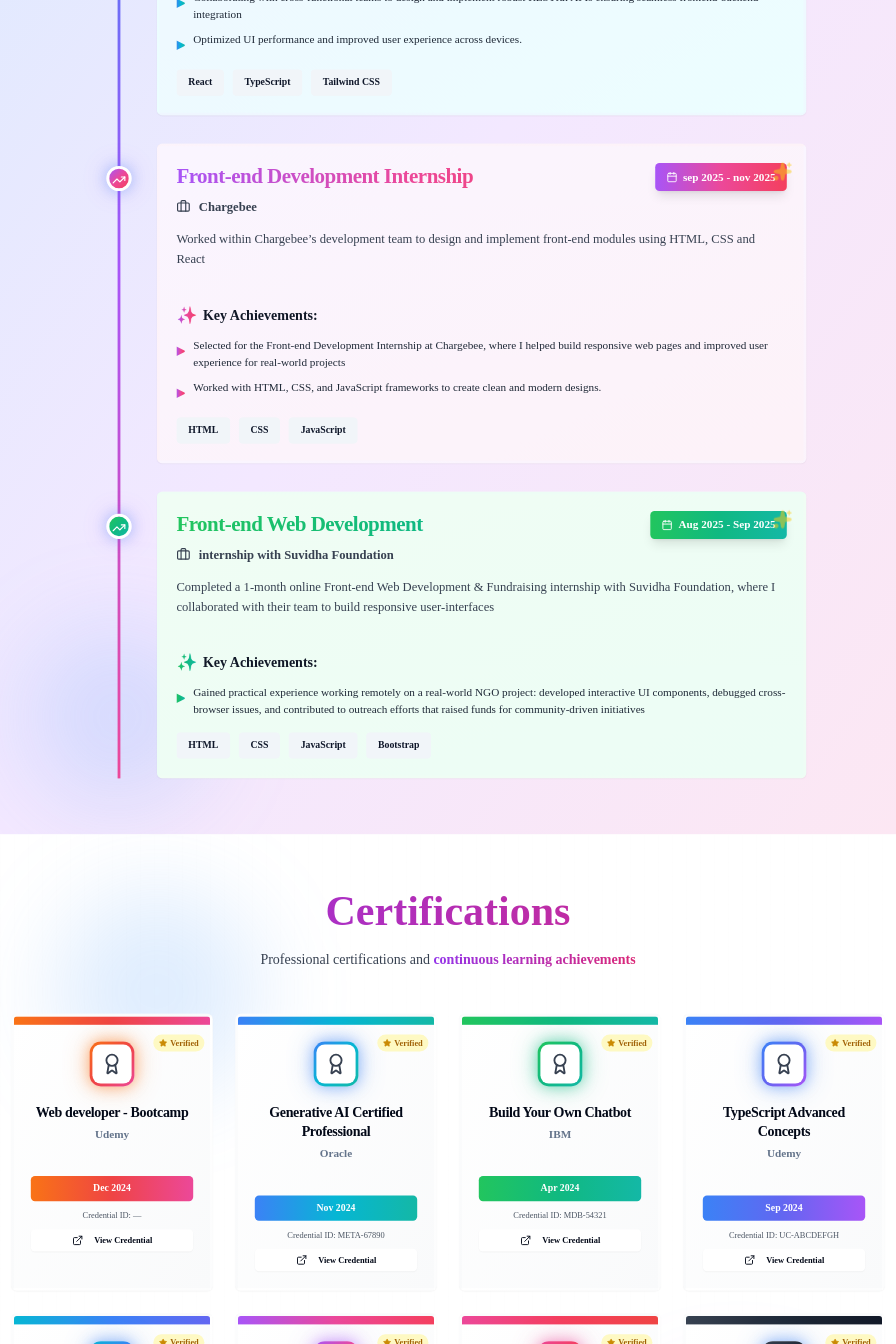
Repository: sm6746/PORTFOLIO
Page: /
An editor plug-in stored every save of this project. The page is shown before and after the next save, followed by the edit.
The browser window is 1280 px wide. The pictures show the part of the page from y = 4580 to 6500 px (the page is 8260 px tall before and 8180 px after), at 70% of full size.
The project was rebuilt for these pictures with package versions that can differ from the ones it lists, and the page was loaded fresh each time. Also part of the build but not shown: vite.config.ts.

Above is the page before, as saved 2025-11-07 12:51:23.

### index.html
<!DOCTYPE html>
<html lang="en">
  <head>
    <meta charset="UTF-8" />
    <link rel="icon" type="image/svg+xml" href="/favicon.svg" />
    <meta name="viewport" content="width=device-width, initial-scale=1.0" />
    <title>Portfolio</title>
  </head>
  <body>
    <div id="root"></div>
    <script type="module" src="/app/main.tsx"></script>
  </body>
</html>

### app/main.tsx
import React from 'react'
import ReactDOM from 'react-dom/client'
import App from './app'
import './globals.css'

ReactDOM.createRoot(document.getElementById('root')!).render(
  <React.StrictMode>
    <App />
  </React.StrictMode>,
)

### app/app.tsx
import { ThemeProvider } from '@/lib/theme-context';
import { Header } from '@/components/header';
import { HeroSection } from '@/components/hero-section';
import { AboutSection } from '@/components/about-section';
import { SkillsSection } from '@/components/skills-section';
import { ProjectsSection } from '@/components/projects-section';
import { ExperienceSection } from '@/components/experience-section';
import { CertificationsSection } from '@/components/certifications-section';
import { ContactSection } from '@/components/contact-section';
import { Footer } from '@/components/footer';
import { ScrollToTop } from '@/components/scroll-to-top';

function App() {
  return (
    <ThemeProvider>
      <div className="min-h-screen bg-white dark:bg-gray-900 transition-colors duration-300">
        <Header />
        <main>
          <HeroSection />
          <AboutSection />
          <SkillsSection />
          <ProjectsSection />
          <ExperienceSection />
          <CertificationsSection />
          <ContactSection />
        </main>
        <Footer />
        <ScrollToTop />
      </div>
    </ThemeProvider>
  );
}

export default App;

### lib/theme-context.tsx
import React, { createContext, useContext, useEffect, useState } from 'react';

type Theme = 'light' | 'dark';

type ThemeContextType = {
  theme: Theme;
  toggleTheme: () => void;
};

const ThemeContext = createContext<ThemeContextType | undefined>(undefined);

export function ThemeProvider({ children }: { children: React.ReactNode }) {
  const [theme, setTheme] = useState<Theme>(() => {
    const stored = localStorage.getItem('portfolio-theme');
    return (stored as Theme) || 'light';
  });

  useEffect(() => {
    localStorage.setItem('portfolio-theme', theme);
    document.documentElement.classList.toggle('dark', theme === 'dark');
  }, [theme]);

  const toggleTheme = () => {
    setTheme(prev => (prev === 'light' ? 'dark' : 'light'));
  };

  return (
    <ThemeContext.Provider value={{ theme, toggleTheme }}>
      {children}
    </ThemeContext.Provider>
  );
}

export function useTheme() {
  const context = useContext(ThemeContext);
  if (!context) {
    throw new Error('useTheme must be used within ThemeProvider');
  }
  return context;
}

### components/certifications-section.tsx
import { Card, CardContent, CardHeader, CardTitle, CardDescription } from '@/components/ui/card';
import { Badge } from '@/components/ui/badge';
import { Button } from '@/components/ui/button';
import { Award, ExternalLink, Star } from 'lucide-react';
import { useScrollAnimation } from '@/hooks/use-scroll-animation';

export function CertificationsSection() {
  const { ref, isVisible } = useScrollAnimation();

  const certifications = [
    {
      title: 'Web developer - Bootcamp ',
      issuer: 'Udemy ',
      date: 'Dec 2024',
      /*credentialId: 'AWS-12345',*/
      gradient: 'from-orange-500 via-red-500 to-pink-500',
      glowClass: 'glow-orange',
    },
    {
      title: 'Generative AI Certified Professional ',
      issuer: 'Oracle',
      date: 'Nov 2024',
      credentialId: 'META-67890',
      gradient: 'from-blue-500 via-cyan-500 to-teal-500',
      glowClass: 'glow-blue',
    },
    {
      title: 'Build Your Own Chatbot',

      issuer: 'IBM',
      date: 'Apr 2024',
      credentialId: 'MDB-54321',
      gradient: 'from-green-500 via-emerald-500 to-teal-500',
      glowClass: 'glow-green',
    },
    {
      title: 'TypeScript Advanced Concepts',
      issuer: 'Udemy',
      date: 'Sep 2024',
      credentialId: 'UC-ABCDEFGH',
      gradient: 'from-blue-500 via-indigo-500 to-purple-500',
      glowClass: 'glow-blue',
    },
    {
      title: 'Docker & Kubernetes',
      issuer: 'Linux Foundation',
      date: 'Aug 2024',
      credentialId: 'LF-98765',
      gradient: 'from-cyan-500 via-blue-500 to-indigo-500',
      glowClass: 'glow-blue',
    },
    {
      title: 'Full Stack Web Development',
      issuer: 'Coursera',
      date: 'Jul 2024',
      credentialId: 'COURSERA-123456',
      gradient: 'from-purple-500 via-pink-500 to-rose-500',
      glowClass: 'glow-purple',
    },
    {
      title: 'GraphQL Fundamentals',
      issuer: 'Apollo',
      date: 'Jun 2024',
      credentialId: 'APOLLO-11223',
      gradient: 'from-pink-500 via-rose-500 to-red-500',
      glowClass: 'glow-pink',
    },
    {
      title: 'Git & GitHub Mastery',
      issuer: 'GitHub Learning Lab',
      date: 'May 2024',
      credentialId: 'GH-44556',
      gradient: 'from-gray-700 via-gray-800 to-gray-900',
      glowClass: 'glow-blue',
    },
  ];

  return (
    <section
      id="certifications"
      ref={ref as React.RefObject<HTMLElement>}
      className="py-20 bg-white dark:bg-gray-900 relative overflow-hidden"
    >
      <div className="absolute inset-0 bg-grid-pattern opacity-5"></div>
      <div className="absolute top-20 left-20 w-72 h-72 bg-blue-400/20 rounded-full blur-3xl"></div>
      <div className="absolute bottom-20 right-20 w-72 h-72 bg-purple-400/20 rounded-full blur-3xl"></div>

      <div className="container mx-auto px-4 relative z-10">
        <div
          className={`transition-all duration-1000 ${
            isVisible ? 'opacity-100 translate-y-0' : 'opacity-0 translate-y-10'
          }`}
        >
          <h2 className="text-5xl md:text-6xl font-extrabold text-center mb-6 bg-gradient-to-r from-blue-600 via-purple-600 to-pink-600 dark:from-blue-400 dark:via-purple-400 dark:to-pink-400 bg-clip-text text-transparent animate-gradient">
            Certifications
          </h2>
          <p className="text-center text-gray-700 dark:text-gray-300 mb-16 text-xl font-medium">
            Professional certifications and <span className="text-transparent bg-clip-text bg-gradient-to-r from-purple-600 to-pink-600 font-bold">continuous learning achievements</span>
          </p>

          <div className="grid md:grid-cols-2 lg:grid-cols-4 gap-8">
            {certifications.map((cert, index) => (
              <Card
                key={index}
                className={`group hover:shadow-2xl transition-all duration-500 transform hover:-translate-y-4 hover:scale-110 border-4 border-transparent hover:border-current overflow-hidden bg-gradient-to-br from-white to-gray-50 dark:from-gray-800 dark:to-gray-900 ${
                  isVisible ? 'opacity-100 translate-y-0' : 'opacity-0 translate-y-10'
                }`}
                style={{ transitionDelay: `${index * 100}ms` }}
              >
                <div className={`h-3 bg-gradient-to-r ${cert.gradient}`}></div>
                <CardHeader className="relative">
                  <div className={`w-16 h-16 mx-auto rounded-2xl bg-gradient-to-br ${cert.gradient} p-1 mb-4 group-hover:scale-125 group-hover:rotate-12 transition-all duration-500 shadow-xl ${cert.glowClass}`}>
                    <div className="w-full h-full rounded-xl bg-white dark:bg-gray-800 flex items-center justify-center">
                      <Award className="h-8 w-8 text-gray-700 dark:text-gray-300" />
                    </div>
                  </div>
                  <div className="absolute top-2 right-2 flex items-center gap-1 bg-yellow-100 dark:bg-yellow-900/50 px-2 py-1 rounded-full">
                    <Star className="h-3 w-3 text-yellow-600 fill-yellow-600" />
                    <span className="text-xs font-bold text-yellow-700 dark:text-yellow-400">Verified</span>
                  </div>
                  <CardTitle className={`text-xl font-bold text-center group-hover:bg-gradient-to-r ${cert.gradient} group-hover:bg-clip-text group-hover:text-transparent transition-all duration-300`}>
                    {cert.title}
                  </CardTitle>
                  <CardDescription className="text-center font-semibold text-base">{cert.issuer}</CardDescription>
                </CardHeader>
                <CardContent className="p-6">
                  <div className="space-y-3">
                    <Badge variant="outline" className={`w-full justify-center text-sm font-bold py-2 border-3 bg-gradient-to-r ${cert.gradient} text-white`}>
                      {cert.date}
                    </Badge>
                    <>
                      <p className="text-xs text-gray-600 dark:text-gray-400 text-center font-medium">
                        Credential ID: {cert.credentialId ?? '—'}
                      </p>
                      <Button
                        variant="outline"
                        size="sm"
                        className={`w-full border-3 hover:bg-gradient-to-r ${cert.gradient} hover:text-white hover:border-transparent font-bold transform hover:scale-105 transition-all duration-300`}
                      >
                        <ExternalLink className="h-4 w-4 mr-2" />
                        View Credential
                      </Button>
                    </>
                  </div>
                </CardContent>
              </Card>
            ))}
          </div>
        </div>
      </div>
    </section>
  );
}

### components/footer.tsx
import { Github, Linkedin, Mail } from 'lucide-react';
import { Button } from '@/components/ui/button';

export function Footer() {
  return (
    <footer className="py-12 bg-gray-900 text-white">
      <div className="container mx-auto px-4">
        <div className="flex flex-col items-center gap-6">
          <div className="text-3xl font-bold bg-gradient-to-r from-blue-400 to-purple-400 bg-clip-text text-transparent">
            SHIVANI MEHRA
          </div>
          <p className="text-gray-400 text-center max-w-md">
            Building the future, one line of code at a time. Let's create something amazing together.
          </p>
          <div className="flex gap-4">
            <Button
              variant="ghost"
              size="icon"
              className="rounded-full hover:bg-blue-600/20 text-gray-300 hover:text-white transition-all"
            >
              <a
              href="https://github.com/sm6746"
              target="_blank"
              rel="noopener noreferrer"
            >
              <Github className="h-5 w-5" />
              </a>
            </Button>
            <Button
              variant="ghost"
              size="icon"
              className="rounded-full hover:bg-blue-600/20 text-gray-300 hover:text-white transition-all"
            >
              <a
              href="https://www.linkedin.com/in/shivani-mehra-/"
              target="_blank"
              rel="noopener noreferrer"
            >
              <Linkedin className="h-7 w-7" />
              </a>
            </Button>
            <Button
              variant="ghost"
              size="icon"
              className="rounded-full hover:bg-blue-600/20 text-gray-300 hover:text-white transition-all"
            >
              <a
              href="https://mail.google.com/mail/?view=cm&fs=1&to=shivanimehra22may@gmail.com"
              target="_blank"
              rel="noopener noreferrer"
            >
               <Mail className="h-5 w-5" />
              </a>

            </Button>
          </div>
          <div className="border-t border-gray-800 pt-6 w-full text-center">
            <p className="text-gray-500 text-sm">

            </p>
          </div>
        </div>
      </div>
    </footer>
  );
}

### components/scroll-to-top.tsx
import { Button } from '@/components/ui/button';
import { ArrowUp } from 'lucide-react';
import { useEffect, useState } from 'react';

export function ScrollToTop() {
  const [isVisible, setIsVisible] = useState(false);

  useEffect(() => {
    const toggleVisibility = () => {
      setIsVisible(window.scrollY > 500);
    };

    window.addEventListener('scroll', toggleVisibility);
    return () => window.removeEventListener('scroll', toggleVisibility);
  }, []);

  const scrollToTop = () => {
    window.scrollTo({ top: 0, behavior: 'smooth' });
  };

  if (!isVisible) return null;

  return (
    <Button
      onClick={scrollToTop}
      size="icon"
      className="fixed bottom-8 right-8 z-50 rounded-full shadow-lg bg-gradient-to-r from-blue-600 to-purple-600 hover:from-blue-700 hover:to-purple-700 animate-bounce"
    >
      <ArrowUp className="h-5 w-5" />
    </Button>
  );
}

### components/ui/button.tsx
import * as React from "react"
import { Slot } from "@radix-ui/react-slot"
import { cva, type VariantProps } from "class-variance-authority"

import { cn } from "@/lib/utlis"

const buttonVariants = cva(
  "inline-flex items-center justify-center gap-2 whitespace-nowrap rounded-md text-sm font-medium transition-colors focus-visible:outline-none focus-visible:ring-1 focus-visible:ring-ring disabled:pointer-events-none disabled:opacity-50 [&_svg]:pointer-events-none [&_svg]:size-4 [&_svg]:shrink-0",
  {
    variants: {
      variant: {
        default:
          "bg-primary text-primary-foreground shadow hover:bg-primary/90",
        destructive:
          "bg-destructive text-destructive-foreground shadow-sm hover:bg-destructive/90",
        outline:
          "border border-input bg-background shadow-sm hover:bg-accent hover:text-accent-foreground",
        secondary:
          "bg-secondary text-secondary-foreground shadow-sm hover:bg-secondary/80",
        ghost: "hover:bg-accent hover:text-accent-foreground",
        link: "text-primary underline-offset-4 hover:underline",
      },
      size: {
        default: "h-9 px-4 py-2",
        sm: "h-8 rounded-md px-3 text-xs",
        lg: "h-10 rounded-md px-8",
        icon: "h-9 w-9",
      },
    },
    defaultVariants: {
      variant: "default",
      size: "default",
    },
  }
)

export interface ButtonProps
  extends React.ButtonHTMLAttributes<HTMLButtonElement>,
    VariantProps<typeof buttonVariants> {
  asChild?: boolean
}

const Button = React.forwardRef<HTMLButtonElement, ButtonProps>(
  ({ className, variant, size, asChild = false, ...props }, ref) => {
    const Comp = asChild ? Slot : "button"
    return (
      <Comp
        className={cn(buttonVariants({ variant, size, className }))}
        ref={ref}
        {...props}
      />
    )
  }
)
Button.displayName = "Button"

export { Button, buttonVariants }

### hooks/use-scroll-animation.ts
import { useEffect, useRef, useState } from 'react';

export function useScrollAnimation() {
  const ref = useRef<HTMLElement>(null);
  const [isVisible, setIsVisible] = useState(false);

  useEffect(() => {
    const observer = new IntersectionObserver(
      ([entry]) => {
        if (entry.isIntersecting) {
          setIsVisible(true);
        }
      },
      { threshold: 0.1 }
    );

    if (ref.current) {
      observer.observe(ref.current);
    }

    return () => {
      if (ref.current) {
        observer.unobserve(ref.current);
      }
    };
  }, []);

  return { ref, isVisible };
}

### components/ui/card.tsx
import * as React from "react"

import { cn } from "@/lib/utlis"

const Card = React.forwardRef<
  HTMLDivElement,
  React.HTMLAttributes<HTMLDivElement>
>(({ className, ...props }, ref) => (
  <div
    ref={ref}
    className={cn(
      "rounded-lg border bg-card text-card-foreground shadow-sm",
      className,
    )}
    {...props}
  />
))
Card.displayName = "Card"

const CardHeader = React.forwardRef<
  HTMLDivElement,
  React.HTMLAttributes<HTMLDivElement>
>(({ className, ...props }, ref) => (
  <div
    ref={ref}
    className={cn("flex flex-col space-y-1.5 p-6", className)}
    {...props}
  />
))
CardHeader.displayName = "CardHeader"

const CardTitle = React.forwardRef<
  HTMLParagraphElement,
  React.HTMLAttributes<HTMLHeadingElement>
>(({ className, ...props }, ref) => (
  <h3
    ref={ref}
    className={cn(
      "text-2xl font-semibold leading-none tracking-tight",
      className,
    )}
    {...props}
  />
))
CardTitle.displayName = "CardTitle"

const CardDescription = React.forwardRef<
  HTMLParagraphElement,
  React.HTMLAttributes<HTMLParagraphElement>
>(({ className, ...props }, ref) => (
  <p
    ref={ref}
    className={cn("text-sm text-muted-foreground", className)}
    {...props}
  />
))
CardDescription.displayName = "CardDescription"

const CardContent = React.forwardRef<
  HTMLDivElement,
  React.HTMLAttributes<HTMLDivElement>
>(({ className, ...props }, ref) => (
  <div ref={ref} className={cn("p-6 pt-0", className)} {...props} />
))
CardContent.displayName = "CardContent"

const CardFooter = React.forwardRef<
  HTMLDivElement,
  React.HTMLAttributes<HTMLDivElement>
>(({ className, ...props }, ref) => (
  <div
    ref={ref}
    className={cn("flex items-center p-6 pt-0", className)}
    {...props}
  />
))
CardFooter.displayName = "CardFooter"

export { Card, CardHeader, CardFooter, CardTitle, CardDescription, CardContent }

### components/ui/badge.tsx
import * as React from "react"
import { cva, type VariantProps } from "class-variance-authority"

import { cn } from "@/lib/utlis"

const badgeVariants = cva(
  "inline-flex items-center rounded-md border px-2.5 py-0.5 text-xs font-semibold transition-colors focus:outline-none focus:ring-2 focus:ring-ring focus:ring-offset-2",
  {
    variants: {
      variant: {
        default:
          "border-transparent bg-primary text-primary-foreground shadow hover:bg-primary/80",
        secondary:
          "border-transparent bg-secondary text-secondary-foreground hover:bg-secondary/80",
        destructive:
          "border-transparent bg-destructive text-destructive-foreground shadow hover:bg-destructive/80",
        outline: "text-foreground",
      },
    },
    defaultVariants: {
      variant: "default",
    },
  }
)

export interface BadgeProps
  extends React.HTMLAttributes<HTMLDivElement>,
    VariantProps<typeof badgeVariants> {}

function Badge({ className, variant, ...props }: BadgeProps) {
  return (
    <div className={cn(badgeVariants({ variant }), className)} {...props} />
  )
}

export { Badge, badgeVariants }

### components/ui/input.tsx
import * as React from "react"

import { cn } from "@/lib/utlis"

const Input = React.forwardRef<HTMLInputElement, React.ComponentProps<"input">>(
  ({ className, type, ...props }, ref) => {
    return (
      <input
        type={type}
        className={cn(
          "flex h-9 w-full rounded-md border border-input bg-transparent px-3 py-1 text-base shadow-sm transition-colors file:border-0 file:bg-transparent file:text-sm file:font-medium file:text-foreground placeholder:text-muted-foreground focus-visible:outline-none focus-visible:ring-1 focus-visible:ring-ring disabled:cursor-not-allowed disabled:opacity-50 md:text-sm",
          className
        )}
        ref={ref}
        {...props}
      />
    )
  }
)
Input.displayName = "Input"

export { Input }

### components/ui/textarea.tsx
import * as React from "react"

import { cn } from "@/lib/utlis"

const Textarea = React.forwardRef<
  HTMLTextAreaElement,
  React.ComponentProps<"textarea">
>(({ className, ...props }, ref) => {
  return (
    <textarea
      className={cn(
        "flex min-h-[60px] w-full rounded-md border border-input bg-transparent px-3 py-2 text-base shadow-sm placeholder:text-muted-foreground focus-visible:outline-none focus-visible:ring-1 focus-visible:ring-ring disabled:cursor-not-allowed disabled:opacity-50 md:text-sm",
        className
      )}
      ref={ref}
      {...props}
    />
  )
})
Textarea.displayName = "Textarea"

export { Textarea }

Loaded but not shown: lib/utlis.tsx (common file); tailwind.config.js (62 lines, source omitted); components/projects-section.tsx (180 lines, source omitted); components/contact-section.tsx (144 lines, source omitted); components/experience-section.tsx (141 lines, source omitted); components/hero-section.tsx (124 lines, source omitted); components/about-section.tsx (79 lines, source omitted); components/skills-section.tsx (112 lines, source omitted); components/header.tsx (82 lines, source omitted); app/globals.css (115 lines, source omitted)

After the next save:
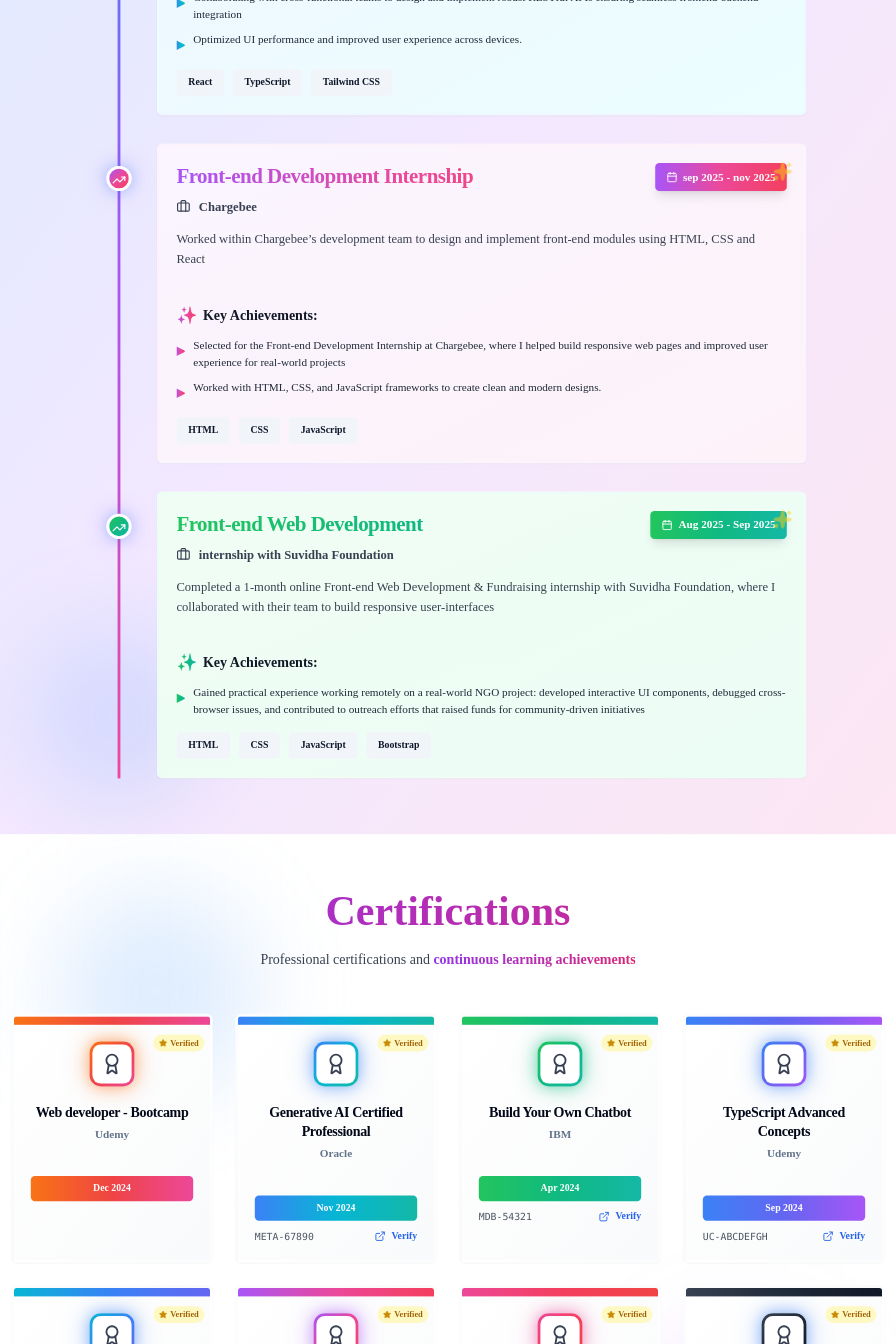
Saved 7 min 43 s later.
--- a/components/certifications-section.tsx
+++ b/components/certifications-section.tsx
@@ -128,19 +128,19 @@ export function CertificationsSection() {
                     <Badge variant="outline" className={`w-full justify-center text-sm font-bold py-2 border-3 bg-gradient-to-r ${cert.gradient} text-white`}>
                       {cert.date}
                     </Badge>
-                    <>
-                      <p className="text-xs text-gray-600 dark:text-gray-400 text-center font-medium">
-                        Credential ID: {cert.credentialId ?? '—'}
-                      </p>
-                      <Button
-                        variant="outline"
-                        size="sm"
-                        className={`w-full border-3 hover:bg-gradient-to-r ${cert.gradient} hover:text-white hover:border-transparent font-bold transform hover:scale-105 transition-all duration-300`}
-                      >
-                        <ExternalLink className="h-4 w-4 mr-2" />
-                        View Credential
-                      </Button>
-                    </>
+                    {cert.credentialId && (
+                      <div className="flex items-center justify-between gap-2">
+                        <span className="text-sm font-mono text-gray-600 dark:text-gray-300">{cert.credentialId}</span>
+                        <button
+                          onClick={() => window.open('#', '_blank')}
+                          className="inline-flex items-center gap-2 text-sm font-semibold text-blue-600 dark:text-blue-400"
+                          aria-label="View credential"
+                        >
+                          <ExternalLink className="h-4 w-4" />
+                          Verify
+                        </button>
+                      </div>
+                    )}
                   </div>
                 </CardContent>
               </Card>
